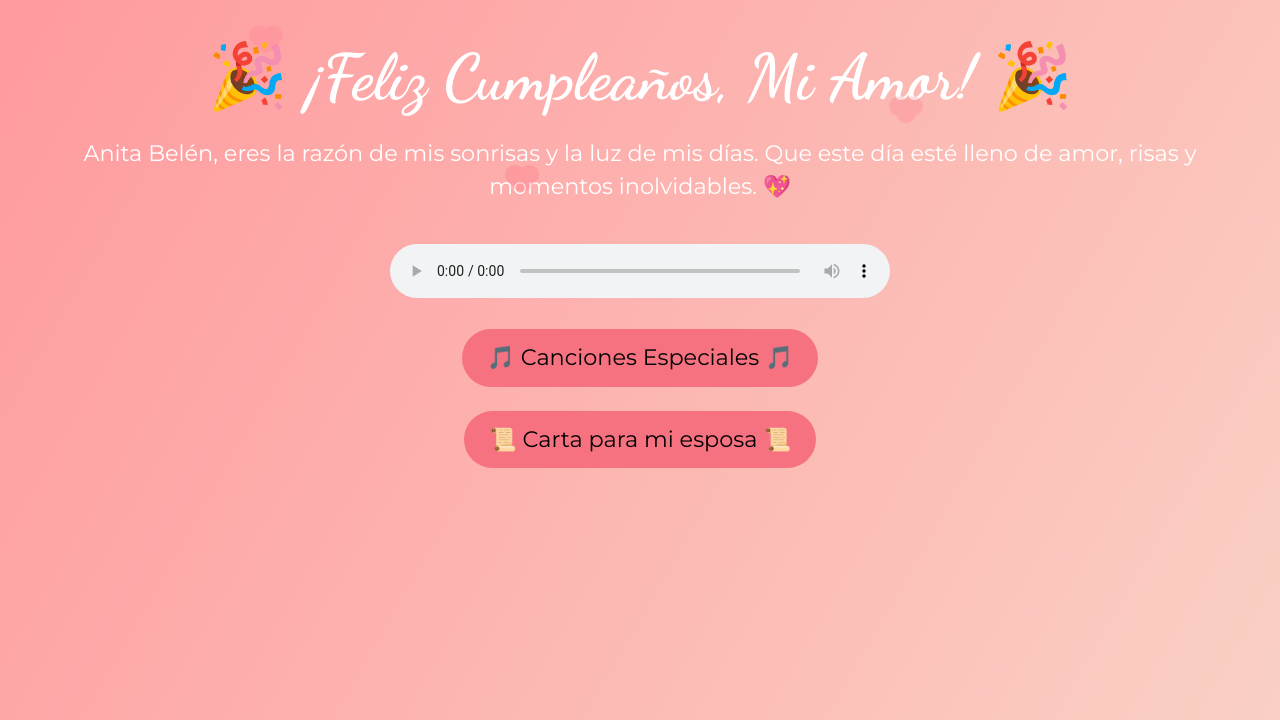
Repository: Jchimbo99/Esposa
Page: index.html
These files come from the project's save history. The page is drawn as it stood at one moment and after the next save; the edit follows.
The browser window is 1280 px wide. The pictures show the whole page.

Above is the page before, as saved 2025-01-24 11:58:56.

### index.html
<!DOCTYPE html>
<html lang="en">
<head>
    <meta charset="UTF-8">
    <meta name="viewport" content="width=device-width, initial-scale=1.0">
    <title>¡Feliz Cumpleaños, Amor!</title>
    <!-- Bootstrap CSS -->
    <link href="https://cdn.jsdelivr.net/npm/bootstrap@5.3.0-alpha3/dist/css/bootstrap.min.css" rel="stylesheet">
    <!-- Google Fonts -->
    <link href="https://fonts.googleapis.com/css2?family=Dancing+Script:wght@700&family=Montserrat:wght@400;700&display=swap" rel="stylesheet">
    <!-- Custom CSS -->
    <style>
        body {
            background: linear-gradient(120deg, #ff9a9e, #fad0c4);
            font-family: 'Montserrat', sans-serif;
            color: #fff;
            text-align: center;
            padding: 20px;
            overflow-y: auto; /* Permite desplazamiento vertical */
            height: 100vh; /* Asegura que tome toda la pantalla */
            margin: 0;
        }
        h1 {
            font-family: 'Dancing Script', cursive;
            font-size: 4rem;
            margin-top: 20px;
            color: #fff;
        }

        p {
            font-size: 1.4rem;
            margin: 20px 0;
        }

        .btn-custom {
            background-color: #f67280;
            border: none;
            color: black;
            padding: 12px 25px;
            font-size: 1.4rem;
            font-family: 'Montserrat', sans-serif;
            border-radius: 50px;
            transition: transform 0.3s, box-shadow 0.3s;
        }

        .btn-custom:hover {
            background-color: #c06c84;
            transform: scale(1.1);
            box-shadow: 0 4px 15px rgba(0, 0, 0, 0.2);
        }

        .video-container {
            display: none;
            margin-top: 20px;
        }

        iframe {
            width: 100%;
            max-width: 560px;
            height: 315px;
            border: none;
            margin-bottom: 20px;
        }

        #cartaContainer {
            display: none;
            margin-top: 20px;
        }

        #carta {
            padding: 20px;
            background-color: #fff;
            color: #000;
            font-family: 'Dancing Script', cursive;
            border-radius: 10px;
            margin-top: 20px;
            box-shadow: 0px 4px 20px rgba(0, 0, 0, 0.1);
        }

        audio {
            width: 100%;
            max-width: 500px;
            margin-top: 20px;
        }

        /* Corazones flotantes */
        .heart {
            position: fixed;
            width: 20px;
            height: 20px;
            background-color: #ff6b81;
            border-radius: 50%;
            animation: float 8s infinite;
            transform: rotate(45deg);
        }

        .heart:before,
        .heart:after {
            content: '';
            position: absolute;
            width: 20px;
            height: 20px;
            background-color: #ff6b81;
            border-radius: 50%;
        }

        .heart:before {
            top: -10px;
            left: 0;
        }

        .heart:after {
            top: 0;
            left: -10px;
        }

        @keyframes float {
            0% {
                transform: translateY(100vh) rotate(45deg);
                opacity: 1;
            }
            100% {
                transform: translateY(-100vh) rotate(45deg);
                opacity: 0;
            }
        }

        /* Generar múltiples corazones */
        .heart:nth-child(1) { left: 10%; animation-duration: 8s; }
        .heart:nth-child(2) { left: 20%; animation-duration: 10s; }
        .heart:nth-child(3) { left: 30%; animation-duration: 6s; }
        .heart:nth-child(4) { left: 40%; animation-duration: 12s; }
        .heart:nth-child(5) { left: 50%; animation-duration: 7s; }
        .heart:nth-child(6) { left: 60%; animation-duration: 9s; }
        .heart:nth-child(7) { left: 70%; animation-duration: 11s; }
        .heart:nth-child(8) { left: 80%; animation-duration: 5s; }
        .heart:nth-child(9) { left: 90%; animation-duration: 8s; }
        .heart:nth-child(1) { left: 10%; animation-duration: 8s; }
        .heart:nth-child(2) { left: 20%; animation-duration: 10s; }
        .heart:nth-child(3) { left: 30%; animation-duration: 6s; }
        .heart:nth-child(4) { left: 40%; animation-duration: 12s; }
        .heart:nth-child(5) { left: 50%; animation-duration: 7s; }
        .heart:nth-child(6) { left: 60%; animation-duration: 9s; }
        .heart:nth-child(7) { left: 70%; animation-duration: 11s; }
        .heart:nth-child(8) { left: 80%; animation-duration: 5s; }
        .heart:nth-child(9) { left: 90%; animation-duration: 8s; }
    </style>
    </style>
</head>
<body>
    <div class="container">
        <h1>🎉 ¡Feliz Cumpleaños, Mi Amor! 🎉</h1>
        <p>Anita Belén, eres la razón de mis sonrisas y la luz de mis días. Que este día esté lleno de amor, risas y momentos inolvidables. 💖</p>

        <audio controls>
            <source src="assets/Mon Laferte - Amor Completo.mp3" type="audio/mp3">
            <source src="assets/Mon Laferte - Amor Completo.mp3" type="audio/ogg">
            Tu navegador no soporta el elemento de audio.
        </audio>


        <div class="mt-4">
            <button class="btn btn-custom" onclick="toggleVideos()">🎵 Canciones Especiales 🎵</button>
        </div>

        <div id="videoContainer" class="video-container">

            <iframe width="560" height="315" src="https://www.youtube.com/embed/ZNB0khI6Z90?si=N3q-z7MNB8EUPYBj" title="YouTube video player" frameborder="0" allow="accelerometer; autoplay; clipboard-write; encrypted-media; gyroscope; picture-in-picture; web-share" referrerpolicy="strict-origin-when-cross-origin" allowfullscreen></iframe>
        </div>

        <div class="mt-4">
            <button class="btn btn-custom" onclick="toggleCarta()">📜 Carta para mi esposa 📜</button>
        </div>

        <div id="cartaContainer">
            <div id="carta" class="carta">
                <p>Mi amor,</p>
                <p>Querida Anita Belén:</p>
                <p>Hoy, en el día de tu cumpleaños, quiero escribirte desde lo más profundo de mi corazón, porque no hay palabras suficientes para describir cuánto significas para mí. Eres mucho más que mi esposa; eres mi compañera de vida, mi apoyo incondicional y el mayor regalo que Dios me ha dado.</p>
                <p>Quiero agradecerte, mi amor, por ser esa mujer increíble que nunca deja de sorprenderme con su bondad, su paciencia y su fortaleza. Por cada sonrisa que me regalas, por cada palabra de aliento y por cada vez que me demuestras que el amor verdadero existe. En cada día de nuestra vida juntos, tú has sido mi razón para seguir adelante, incluso cuando la vida me pone retos.</p>
                <p>Gracias, Anita Belén, por cuidarme con tanto amor y dedicación, especialmente en los momentos difíciles. Por esas noches en las que velas por mí, por tus manos que me sostienen, por tu corazón lleno de amor que nunca se cansa de dar. Tu cariño es mi mayor bendición, y en tus ojos encuentro la paz que necesito para enfrentar cualquier cosa.</p>
                <p>Hoy, en tu día, le pido a Dios que te llene de salud, alegría y muchos años más de vida. Que cada sonrisa tuya se multiplique, que cada deseo de tu corazón se cumpla, y que todas las bendiciones que me das se te devuelvan al triple. Porque si alguien merece ser feliz, eres tú, mi reina.</p>
                <p>Quiero que sepas que, aunque no siempre pueda expresarlo como quisiera, cada día te amo más. Eres mi todo, mi motivo, mi milagro. Hoy celebro tu vida, y le doy gracias a Dios por permitirme compartirla contigo.</p>
                <p class="signature">Te amo con todo mi corazón. ¡Feliz cumpleaños, mi hermosa Anita Belén!<br>Con todo mi amor, <br>RUEDITAS</p>
            </div>
        </div>

    </div>

    <!-- Corazones flotantes -->
    <div id="hearts">
        <div class="heart"></div>
        <div class="heart"></div>
        <div class="heart"></div>
        <div class="heart"></div>
        <div class="heart"></div>
        <div class="heart"></div>
        <div class="heart"></div>
        <div class="heart"></div>
        <div class="heart"></div>
    </div>

    <!-- Bootstrap JS -->
    <script src="https://cdn.jsdelivr.net/npm/bootstrap@5.3.0-alpha3/dist/js/bootstrap.bundle.min.js"></script>
    <script>
        function toggleVideos() {
            const videoContainer = document.getElementById('videoContainer');
            videoContainer.style.display = videoContainer.style.display === 'none' ? 'block' : 'none';
        }

        function toggleCarta() {
            const cartaContainer = document.getElementById('cartaContainer');
            cartaContainer.style.display = cartaContainer.style.display === 'none' ? 'block' : 'none';
        }
    </script>
</body>
</html>

After the next save:
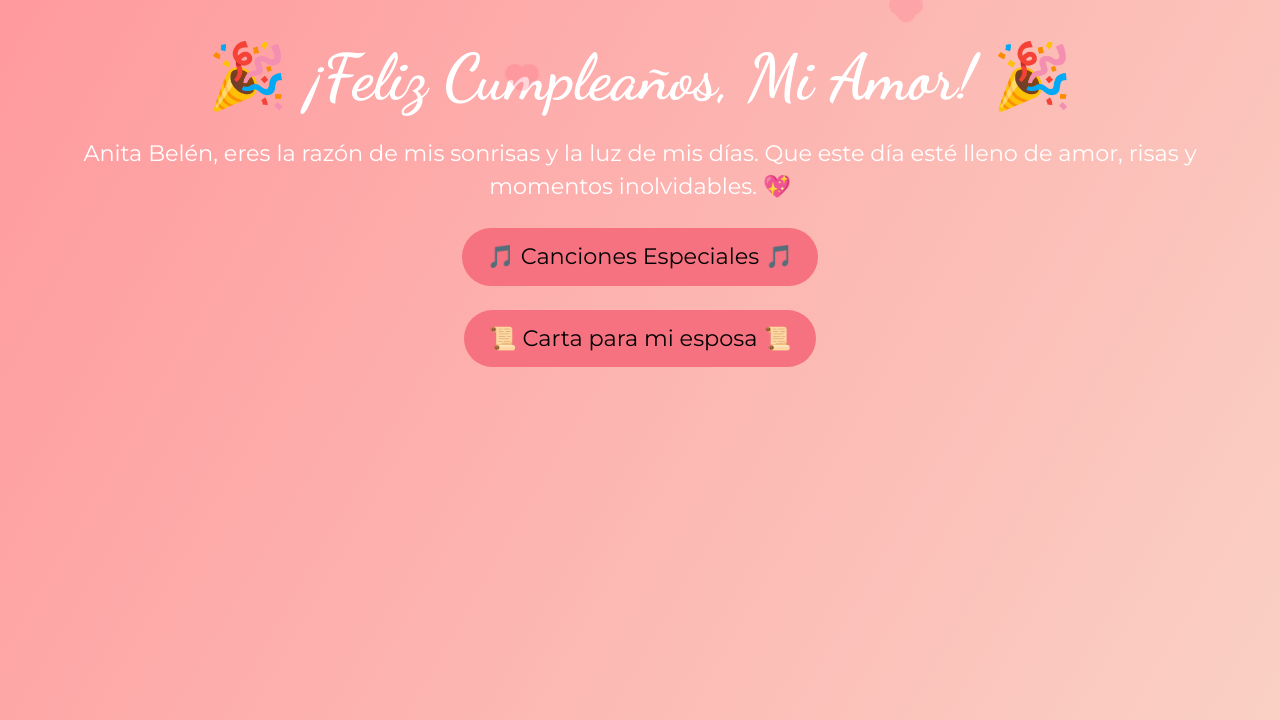
Saved 10 s later.
--- a/index.html
+++ b/index.html
@@ -152,11 +152,6 @@
         <h1>🎉 ¡Feliz Cumpleaños, Mi Amor! 🎉</h1>
         <p>Anita Belén, eres la razón de mis sonrisas y la luz de mis días. Que este día esté lleno de amor, risas y momentos inolvidables. 💖</p>
 
-        <audio controls>
-            <source src="assets/Mon Laferte - Amor Completo.mp3" type="audio/mp3">
-            <source src="assets/Mon Laferte - Amor Completo.mp3" type="audio/ogg">
-            Tu navegador no soporta el elemento de audio.
-        </audio>
 
 
         <div class="mt-4">
